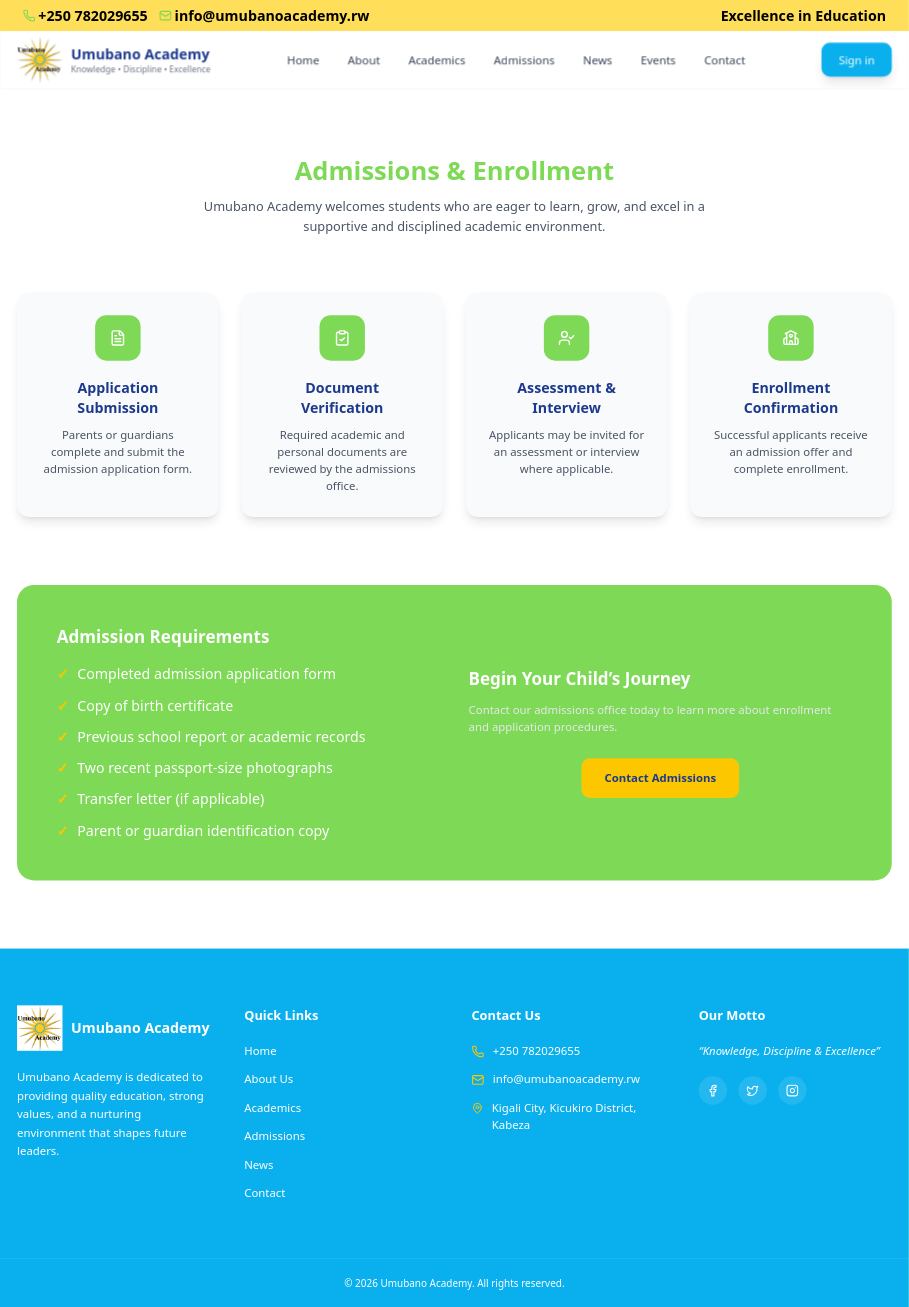
Repository: Umubano-Academy/umubano-academy-website
Page: /admissions
The author's editor kept a copy of each file at every save. The page is drawn from the files as they stood at one save, then again after a run of saves.
The browser window is 1280 px wide. The pictures show the whole page, at 71% of full size.
The project was rebuilt for these pictures with package versions that can differ from the ones it lists, and the page was loaded fresh each time. Also part of the build but not shown: vite.config.js, src/components/guest/Hero.jsx, src/components/guest/Event.jsx, src/components/guest/News.jsx, src/components/guest/Contact.jsx, src/components/guest/Home.jsx, src/components/guest/Academic.jsx, src/components/guest/About.jsx and 7 more.

Above is the page before, as saved 2026-01-13 19:53:02.

### index.html
<!doctype html>
<html lang="en">
  <head>
    <meta charset="UTF-8" />
    <!-- <link rel="icon" type="image/svg+xml" href="/vite.svg" /> -->
    <meta name="viewport" content="width=device-width, initial-scale=1.0" />
    <title>umubano-academy</title>
  </head>
  <body>
    <div id="root"></div>
    <script type="module" src="/src/main.jsx"></script>
  </body>
</html>

### src/App.jsx
import React from 'react'
import { BrowserRouter, Route, Routes } from 'react-router-dom'
import NavBar from './components/guest/NavBar'
import Hero from './components/guest/Hero'
import Event from './components/guest/Event'
import News from './components/guest/News'
import Layout from './components/guest/Layout'
import Home from './components/guest/Home'
import Admission from './components/guest/Admission'
import Academic from './components/guest/Academic'
import About from './components/guest/About'
import LayOut from './components/admin/LayOut'
import Dashboard from './components/admin/pages/Dashboard'
import Login from './components/guest/forms/Login'
import ResetPassword from './components/guest/forms/ResetPassword'


function App() {
  return (
    <BrowserRouter>

    <Routes>
      <Route path='/' element={<Layout />}>
      <Route index element={<Home />} />
      <Route path='/admissions' element={<Admission />} />
      <Route path='/academic' element={<Academic />} />
      <Route path='/aboutus' element={<About />} />
      <Route path='/login' element={<Login />} />
      <Route path="/password-reset" element={<ResetPassword />} />
      </Route>

      <Route path='/admin' element={<LayOut />}>
      <Route index element={<Dashboard />} />
      </Route>
    </Routes>
    </BrowserRouter>

  )
}

export default App

### src/components/guest/NavBar.jsx
import React, { useState } from "react";
import { Menu, X, Phone, Mail, GraduationCap } from "lucide-react";
import { motion, AnimatePresence } from "framer-motion";
import logo from "../../assets/UALOGO.png";
import { Link } from "react-router-dom";

function NavBar() {
  const [open, setOpen] = useState(false);

  const navLinks = [
    { name: "Home", type: "route", path: "/" },
    { name: "About", type: "route", path: "/aboutus" },
    { name: "Academics", type: "route", path: "/academic" },
    { name: "Admissions", type: "route", path: "/admissions" },
    { name: "News", type: "id", path: "news" },
    { name: "Events", type: "id", path: "events" },
    { name: "Contact", type: "id", path: "contact" },
  ];

  return (
    <>
      {/* Top Info Bar */}
      <div className="hidden md:flex justify-between items-center px-8 py-2 bg-[#FFDE59]  text-sm">
        <div className="flex items-center gap-4">
          <span className="flex items-center gap-1 text-xl text-black font-bold">
            <Phone size={18} className="text-[#7ED956] text-2xl" /> +250
            782029655
          </span>
          <span className="flex text-xl items-center gap-1  text-black font-bold">
            <Mail size={18} className="text-[#7ED956] text-2xl" />{" "}
            info@umubanoacademy.rw
          </span>
        </div>
        <span className=" text-xl  text-black font-bold">
          Excellence in Education
        </span>
      </div>

      {/* Main Navbar */}
      <header className="sticky top-0 z-50 bg-white/80 backdrop-blur-xl shadow-sm">
        <div className="max-w-7xl mx-auto px-6">
          <div className="flex items-center justify-between h-20">
            {/* Logo */}
            <Link to="/" className="flex items-center gap-3">
              <img
                src={logo}
                alt="Umubano Academy Logo"
                className="w-16 h-16 object-contain"
              />
              {/* <div className="w-12 h-12 bg-blue-900 text-white flex items-center justify-center rounded-xl">
                <GraduationCap size={28} />
              </div> */}
              <div>
                <h1 className="text-xl font-bold text-blue-900">
                  Umubano Academy
                </h1>
                <p className="text-xs text-gray-500">
                  Knowledge • Discipline • Excellence
                </p>
              </div>
            </Link>

            {/* Desktop Menu */}
            <nav className="hidden lg:flex items-center gap-10">
              {navLinks.map((link) =>
                link.type === "route" ? (
                  <Link
                    key={link.name}
                    to={link.path}
                    className="relative text-gray-700 font-medium hover:text-blue-900 transition group"
                  >
                    {link.name}
                    <span className="absolute left-0 -bottom-1 w-0 h-0.5 bg-blue-900 transition-all group-hover:w-full"></span>
                  </Link>
                ) : (
                  <a
                    key={link.name}
                    href={`#${link.path}`}
                    className="relative text-gray-700 font-medium hover:text-blue-900 transition group"
                  >
                    {link.name}
                    <span className="absolute left-0 -bottom-1 w-0 h-0.5 bg-blue-900 transition-all group-hover:w-full"></span>
                  </a>
                )
              )}
            </nav>

            {/* CTA */}
            <div className="hidden lg:flex">
              <a
                href="/login"
                className="bg-[#0AB0EE] text-white px-6 py-3 rounded-xl font-medium shadow-lg hover:shadow-xl transition"
              >
                Sign in
              </a>
            </div>

            {/* Mobile Menu Button */}
            <button
              onClick={() => setOpen(!open)}
              className="lg:hidden text-blue-900"
            >
              {open ? <X size={30} /> : <Menu size={30} />}
            </button>
          </div>
        </div>

        {/* Mobile Menu */}
        <AnimatePresence>
          {open && (
            <motion.div
              initial={{ opacity: 0, y: -20 }}
              animate={{ opacity: 1, y: 0 }}
              exit={{ opacity: 0, y: -20 }}
              transition={{ duration: 0.3 }}
              className="lg:hidden bg-white shadow-xl"
            >
              <div className="flex flex-col px-6 py-6 gap-6">
                {navLinks.map((link) =>
                  link.type === "route" ? (
                    <Link
                      key={link.name}
                      to={link.path}
                      className="text-lg font-medium text-gray-700 hover:text-blue-900"
                      onClick={() => setOpen(false)}
                    >
                      {link.name}
                    </Link>
                  ) : (
                    <a
                      key={link.name}
                      href={`#${link.path}`}
                      className="text-lg font-medium text-gray-700 hover:text-blue-900"
                      onClick={() => setOpen(false)}
                    >
                      {link.name}
                    </a>
                  )
                )}

                <Link
                  to="login"
                  className="mt-4 text-center bg-blue-900 text-white py-3 rounded-xl font-medium"
                >
                  Login
                </Link>
              </div>
            </motion.div>
          )}
        </AnimatePresence>
      </header>
    </>
  );
}

export default NavBar;

### src/components/guest/Layout.jsx
import React from 'react'
import NavBar from './NavBar'
import { Outlet } from 'react-router-dom'
import Footer from './Footer'


function Layout() {
  return (
    <div>
      <NavBar />

      <div>
        <Outlet />
      </div>
      <div>
        <Footer />
      </div>
    </div>
  )
}

export default Layout

### src/components/guest/Admission.jsx
import React from "react"
import { motion } from "framer-motion"
import {
  FileText,
  ClipboardCheck,
  UserCheck,
  School,
} from "lucide-react"
import { Link } from "react-router-dom"

function Admission() {
  const steps = [
    {
      title: "Application Submission",
      description:
        "Parents or guardians complete and submit the admission application form.",
      icon: <FileText />,
    },
    {
      title: "Document Verification",
      description:
        "Required academic and personal documents are reviewed by the admissions office.",
      icon: <ClipboardCheck />,
    },
    {
      title: "Assessment & Interview",
      description:
        "Applicants may be invited for an assessment or interview where applicable.",
      icon: <UserCheck />,
    },
    {
      title: "Enrollment Confirmation",
      description:
        "Successful applicants receive an admission offer and complete enrollment.",
      icon: <School />,
    },
  ]

  const requirements = [
    "Completed admission application form",
    "Copy of birth certificate",
    "Previous school report or academic records",
    "Two recent passport-size photographs",
    "Transfer letter (if applicable)",
    "Parent or guardian identification copy",
  ]

  return (
    <section className="py-24 bg-white">
      <div className="max-w-7xl mx-auto px-6">

        {/* Header */}
        <motion.div
          initial={{ opacity: 0, y: 30 }}
          whileInView={{ opacity: 1, y: 0 }}
          viewport={{ once: true }}
          transition={{ duration: 0.6 }}
          className="text-center max-w-3xl mx-auto mb-20"
        >
          <h2 className="text-3xl md:text-4xl font-bold text-[#7ED956] mb-4">
            Admissions & Enrollment
          </h2>
          <p className="text-gray-600 text-lg">
            Umubano Academy welcomes students who are eager to learn, grow,
            and excel in a supportive and disciplined academic environment.
          </p>
        </motion.div>

        {/* Admission Process */}
        <motion.div
          initial="hidden"
          whileInView="visible"
          viewport={{ once: true }}
          variants={{
            visible: { transition: { staggerChildren: 0.15 } },
          }}
          className="grid grid-cols-1 md:grid-cols-2 lg:grid-cols-4 gap-8 mb-24"
        >
          {steps.map((step, index) => (
            <motion.div
              key={index}
              variants={{
                hidden: { opacity: 0, y: 40 },
                visible: { opacity: 1, y: 0 },
              }}
              transition={{ duration: 0.6 }}
              className="bg-gray-50 rounded-2xl shadow-lg p-8 text-center hover:-translate-y-2 transition"
            >
              <div className="w-16 h-16 mx-auto mb-6 bg-[#7ED956] text-white flex items-center justify-center rounded-2xl">
                {step.icon}
              </div>
              <h4 className="text-xl font-semibold text-blue-900 mb-3">
                {step.title}
              </h4>
              <p className="text-gray-600">
                {step.description}
              </p>
            </motion.div>
          ))}
        </motion.div>

        {/* Requirements */}
        <motion.div
          initial={{ opacity: 0, y: 30 }}
          whileInView={{ opacity: 1, y: 0 }}
          viewport={{ once: true }}
          transition={{ duration: 0.6 }}
          className="bg-[#7ED956] rounded-3xl p-10 md:p-14 text-white grid grid-cols-1 md:grid-cols-2 gap-10"
        >
          <div>
            <h3 className="text-2xl font-bold mb-6">
              Admission Requirements
            </h3>
            <ul className="space-y-4">
              {requirements.map((req, index) => (
                <li key={index} className="flex items-start gap-3">
                  <span className="text-yellow-400 text-xl font-bold">✓</span>
                  <span className=" text-xl ">{req}</span>
                </li>
              ))}
            </ul>
          </div>

          {/* CTA */}
          <div className="flex flex-col justify-center">
            <h4 className="text-2xl font-bold mb-4">
              Begin Your Child’s Journey
            </h4>
            <p className="text-gray-200 mb-8">
              Contact our admissions office today to learn more about
              enrollment and application procedures.
            </p>
            <div className="flex flex-col sm:flex-row gap-4 justify-center">
              <Link
                to="#contact"
                className="bg-yellow-400 text-blue-900 px-8 py-4 rounded-xl font-semibold hover:bg-yellow-300 transition text-center"
              >
                Contact Admissions
              </Link>

            </div>
          </div>
        </motion.div>

      </div>
    </section>
  )
}

export default Admission

### src/components/guest/Footer.jsx
import React from "react"
import {
  Phone,
  Mail,
  MapPin,
  Facebook,
  Twitter,
  Instagram,
  GraduationCap,
} from "lucide-react"
import logo from "../../assets/UALOGO.png"

function Footer() {
  return (
    <footer className="bg-[#0AB0EE] text-white">
      <div className="max-w-7xl mx-auto px-6 py-20">

        {/* Top Section */}
        <div className="grid grid-cols-1 md:grid-cols-2 lg:grid-cols-4 gap-12">

          {/* School Info */}
          <div>
            <div className="flex items-center gap-3 mb-6">
              <img src={logo} alt="Umubano Academy Logo" className="w-16 h-16 object-contain" />
              <h3 className="text-xl font-bold text-white">
                Umubano Academy
              </h3>
            </div>
            <p className="text-white leading-relaxed">
              Umubano Academy is dedicated to providing quality education,
              strong values, and a nurturing environment that shapes future
              leaders.
            </p>
          </div>

          {/* Quick Links */}
          <div>
            <h4 className="text-lg font-semibold text-white mb-6">
              Quick Links
            </h4>
            <ul className="space-y-4">
              {[
                "Home",
                "About Us",
                "Academics",
                "Admissions",
                "News",
                "Contact",
              ].map((link) => (
                <li key={link}>
                  <a
                    href={`/${link.toLowerCase().replace(" ", "")}`}
                    className="hover:text-yellow-400 transition"
                  >
                    {link}
                  </a>
                </li>
              ))}
            </ul>
          </div>

          {/* Contact Info */}
          <div>
            <h4 className="text-lg font-semibold text-white mb-6">
              Contact Us
            </h4>
            <ul className="space-y-4">
              <li className="flex items-start gap-3">
                <Phone size={18} className="text-yellow-400 mt-1" />
                <span>+250 782029655</span>
              </li>
              <li className="flex items-start gap-3">
                <Mail size={18} className="text-yellow-400 mt-1" />
                <span>info@umubanoacademy.rw</span>
              </li>
              <li className="flex items-start gap-3">
                <MapPin size={18} className="text-yellow-400 mt-1" />
                <span>
                  Kigali City, Kicukiro District, Kabeza
                </span>
              </li>
            </ul>
          </div>

          {/* Motto & Social */}
          <div>
            <h4 className="text-lg font-semibold text-white mb-6">
              Our Motto
            </h4>
            <p className="italic mb-6">
              “Knowledge, Discipline & Excellence”
            </p>

            <div className="flex gap-4">
              <a
                href="#"
                className="w-10 h-10 bg-white/10 flex items-center justify-center rounded-full hover:bg-yellow-400 hover:text-blue-900 transition"
              >
                <Facebook size={18} />
              </a>
              <a
                href="#"
                className="w-10 h-10 bg-white/10 flex items-center justify-center rounded-full hover:bg-yellow-400 hover:text-blue-900 transition"
              >
                <Twitter size={18} />
              </a>
              <a
                href="#"
                className="w-10 h-10 bg-white/10 flex items-center justify-center rounded-full hover:bg-yellow-400 hover:text-blue-900 transition"
              >
                <Instagram size={18} />
              </a>
            </div>
          </div>

        </div>
      </div>

      {/* Bottom Bar */}
      <div className="border-t border-white/10 py-6 text-center text-sm text-white">
        © {new Date().getFullYear()} Umubano Academy. All rights reserved.
      </div>
    </footer>
  )
}

export default Footer

Loaded but not shown: src/main.jsx (common file); src/index.css (common file)

After the next 2 saves:
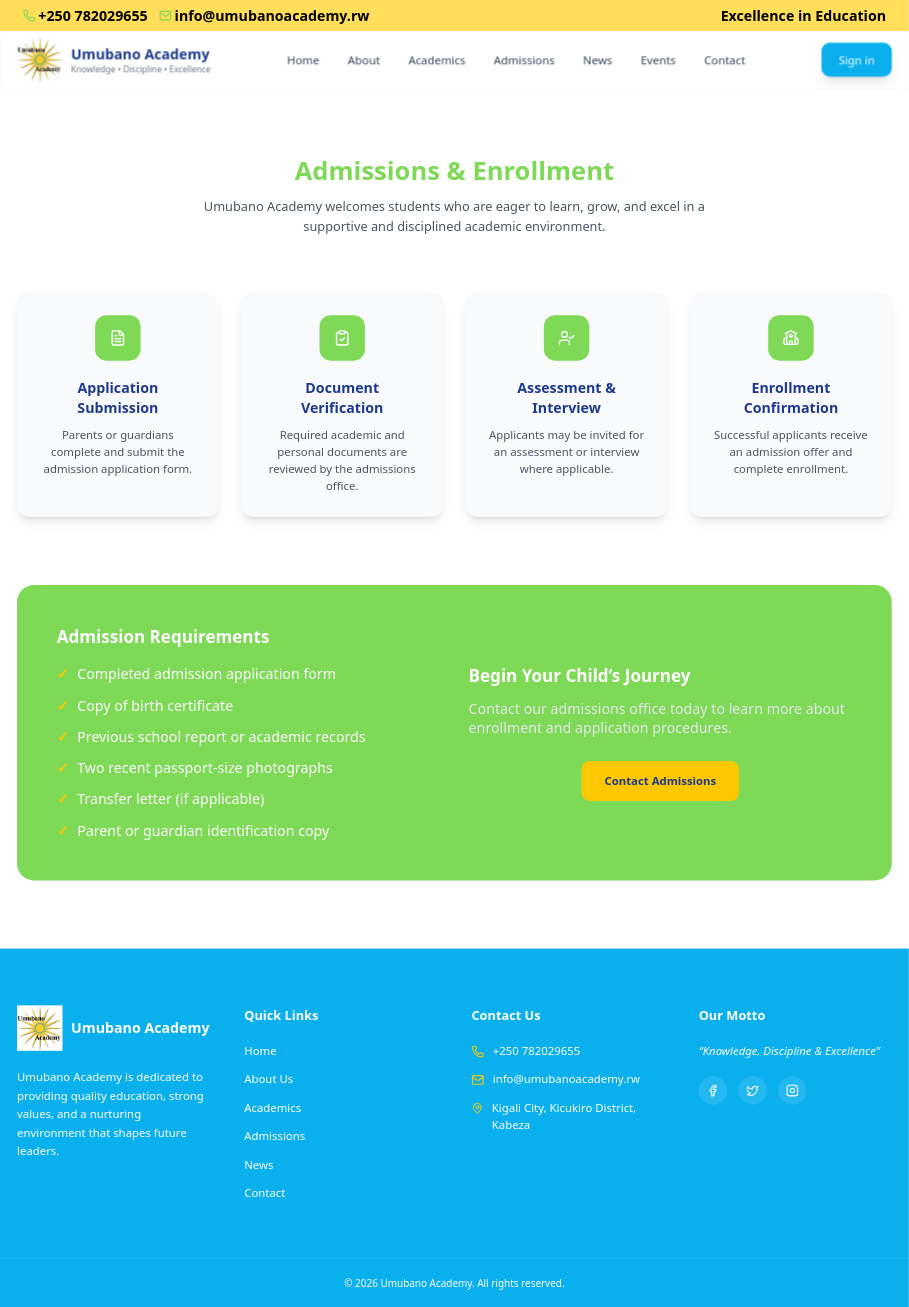
The 2 saves are shown as one change because they came seconds apart.
The last was saved 23 s later.
--- a/src/components/guest/Admission.jsx
+++ b/src/components/guest/Admission.jsx
@@ -126,7 +126,7 @@ function Admission() {
             <h4 className="text-2xl font-bold mb-4">
               Begin Your Child’s Journey
             </h4>
-            <p className="text-gray-200 mb-8">
+            <p className="text-gray-200 text-xl mb-8">
               Contact our admissions office today to learn more about
               enrollment and application procedures.
             </p>
